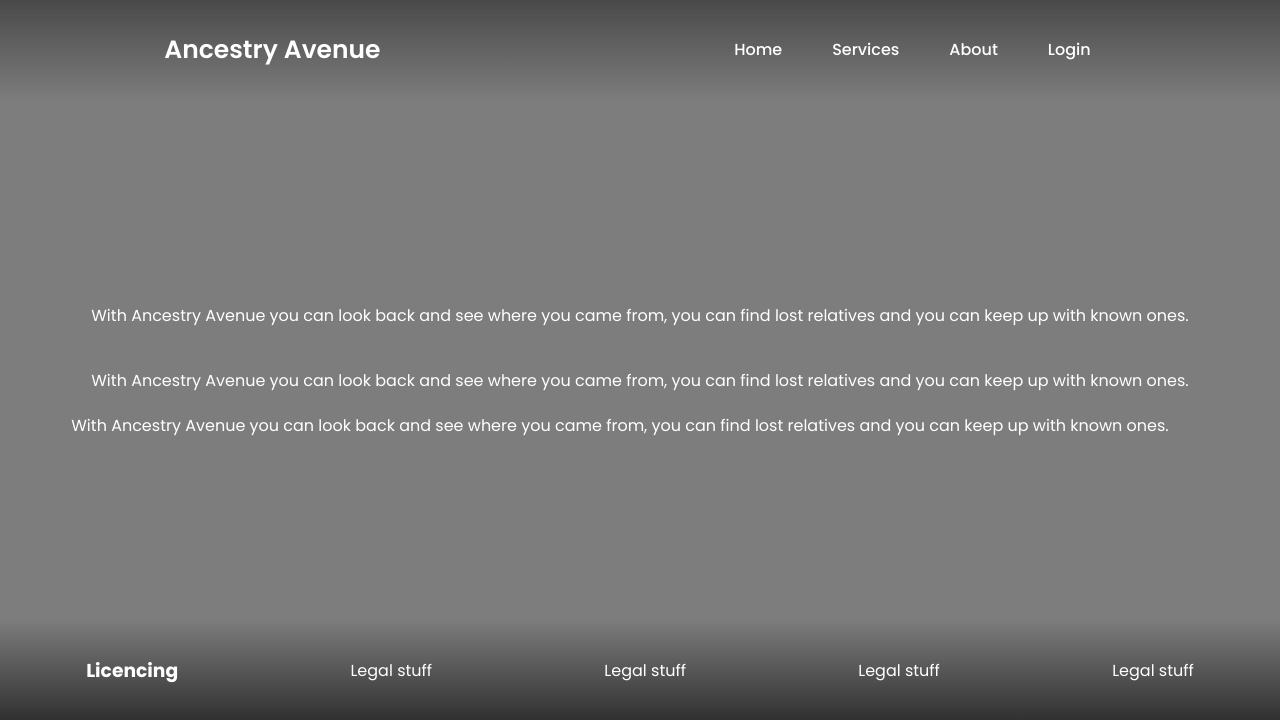
Repository: Erik-Paulin/24wuab
Page: services.html
The author's editor kept a copy of each file at every save. The page is drawn from the files as they stood at one save, then again after a run of saves.
The browser window is 1280 px wide. The pictures show the whole page.

Above is the page before, as saved 2024-05-04 17:25:46.
Console error: TypeError: Cannot read properties of null (reading 'addEventListener')

After the next 5 saves:
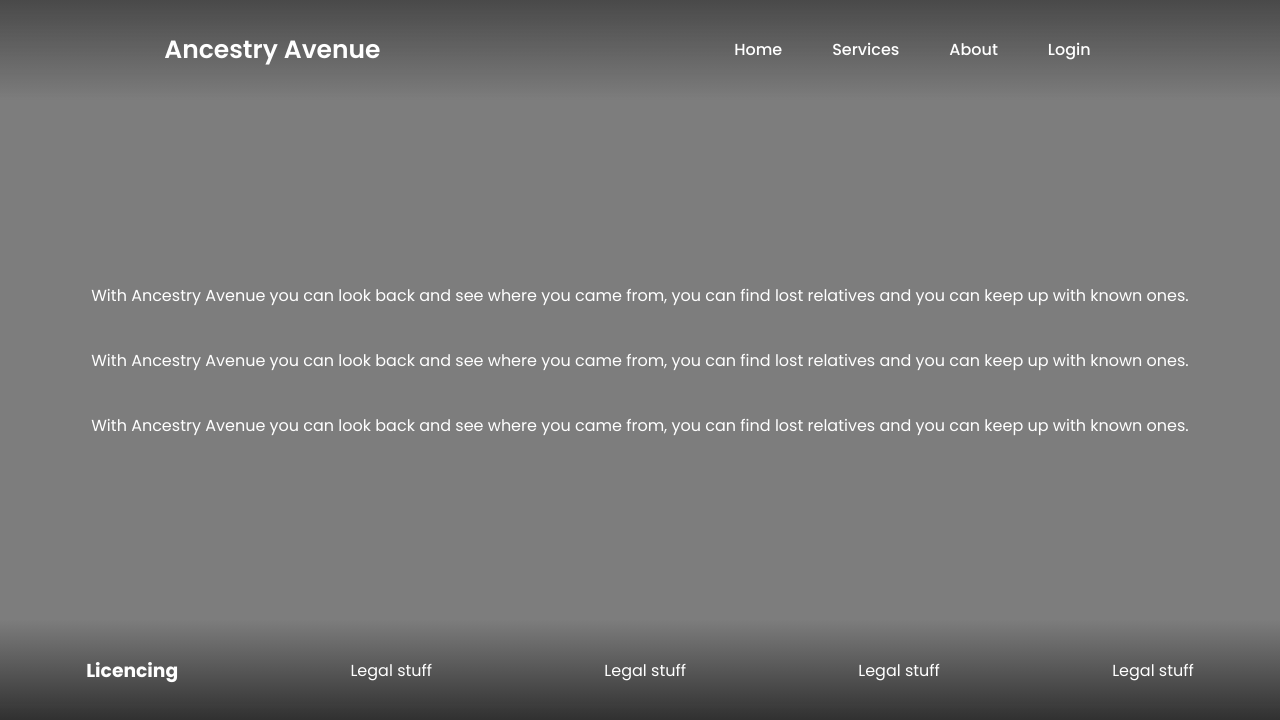
The 5 saves are shown as one change because they came seconds apart.
The last was saved 13 s later.
--- a/services.html
+++ b/services.html
@@ -52,7 +52,10 @@
             </div>
           </div>
           <div>
-            <div id="info">
+            <div>
+
+            </div>
+            <div class="info">
               <p>
                 With Ancestry Avenue you can look back and see where you came
                 from, you can find lost relatives and you can keep up with known
